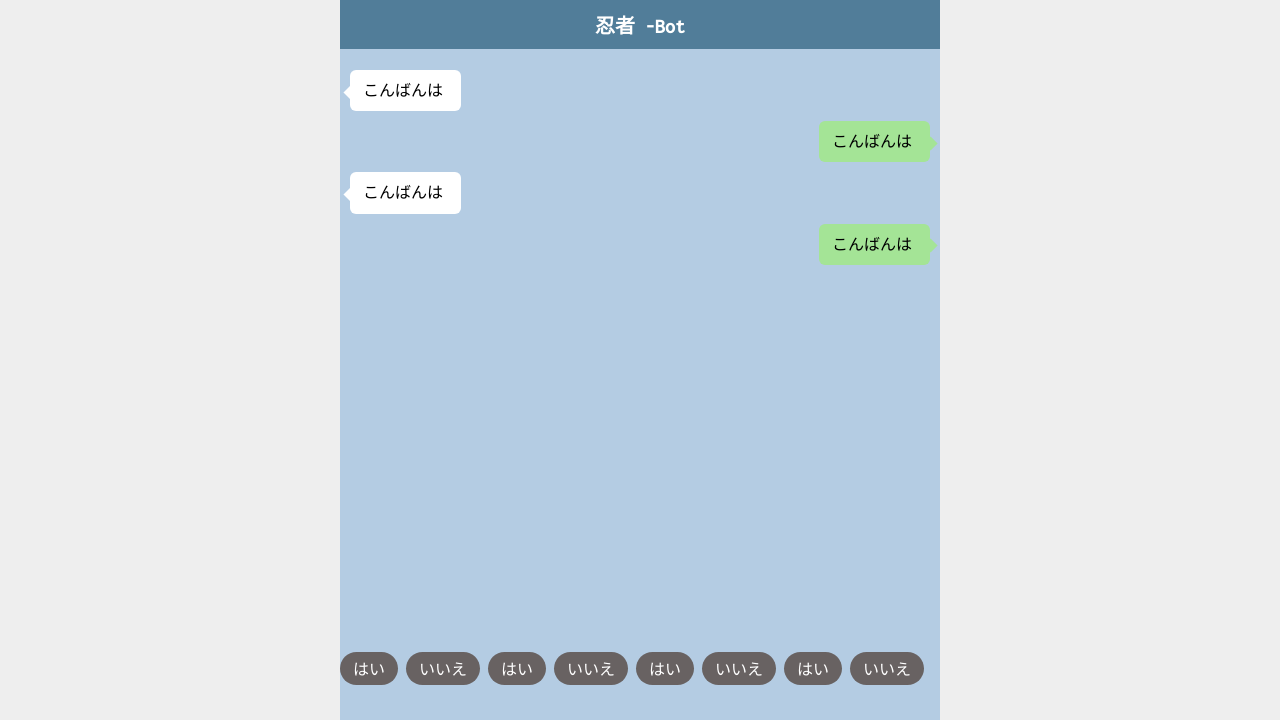
Repository: t0chan/bot
Page: index.html
An editor plug-in stored every save of this project. The page is shown before and after the next save, followed by the edit.
The browser window is 1280 px wide. The pictures show the whole page.

Above is the page before, as saved 2021-11-01 19:32:05.

### index.html
<!DOCTYPE html>
<html lang="ja">
<head>
    <meta charset="UTF-8">
    <meta http-equiv="X-UA-Compatible" content="IE=edge">
    <meta name="viewport" content="width=device-width, initial-scale=1.0">
    <link rel="preconnect" href="https://fonts.googleapis.com">
    <link rel="preconnect" href="https://fonts.gstatic.com" crossorigin>
    <link href="https://fonts.googleapis.com/css2?family=Inconsolata:wght@500&display=swap" rel="stylesheet">
    <link rel="stylesheet" href="style.css">
    <title>忍者bot</title>
</head>
<body>
   <div class="wrapper">
       <h1>忍者 -Bot</h1>

       <!-- 画面 -->
       <div id="chat-field">
           <ul id="chat-ul">
               <li>こんばんは</li>
               <li>こんばんは</li>
               <li>こんばんは</li>
               <li>こんばんは</li>
           </ul>
       </div>
       <!-- 入力場所、送信ボタン -->
       <div id="input-field">
           <ul id="select-list">
            <li>はい</li>
            <li>いいえ</li>
            <li>はい</li>
            <li>いいえ</li>
            <li>はい</li>
            <li>いいえ</li>
            <li>はい</li>
            <li>いいえ</li>

           </ul>
       </div>
   </div>
   <script src="https://code.jquery.com/jquery-3.5.0.js"></script>
   <script src="questions.js"></script>
   <script src="main.js"></script>
</body>
</html>

### style.css
* {
    margin: 0;
    padding: 0;
    list-style: none;
    box-sizing: border-box;
    font-family: -apple-system, BlinkMacSystemFont, "Helvetica Neue", YuGothic, "ヒラギノ角ゴ ProN W3", Hiragino Kaku Gothic ProN, Arial, "メイリオ", Meiryo, sans-serif;
}

body {
    background: #eee;
}

img {
    width: 100%;
    height: auto;
}

.wrapper {
    max-width: 600px;
    margin: 0 auto;
}
h1 {
    position: fixed;
    top: 0;
    left: 50%;
    transform: translateX(-50%);
    max-width: 600px;
    width: 100%;
    z-index: 10;
    padding: 10px 0;
    text-align: center;
    background: #517D99;
    color: #fff;
    font-size: 20px;
    font-family: 'Inconsolata', monospace;
}

#chat-field {
    height: 100vh;
    padding: 70px 0 140px 0;
    background: #b4cce3;
    overflow-x: hidden;
    overflow-y: scroll;
    -webkit-overflow-scrolling: touch;
}

/* スクロールバー消す */
#chat-field::-webkit-scrollbar {
    display: none;
}

#chat-ul {
    display: flex;
    flex-direction: column;
    padding-bottom: 50px;
}

#chat-ul li {
    background-color: #fff;
    position: relative;
    margin: 0 auto 10px 10px;
    word-wrap: break-word;
    display: inline-block;
    border-radius: 6px;
    min-height: 30px;
    max-width: 220px;
    padding: 7px 18px 7px 13px;
    line-height: 1.7em;

}
#chat-ul li::before {
    position: absolute;
    content: "";
    height: 10px;
    width: 10px;
    top: 50%;
    left: -8px;
    transform: rotate(45deg) translateY(-50%);
    background-color: #fff;

}

#chat-ul li:nth-child(even) {
    margin: 0 10px 10px auto;
    background-color: #a4e496;
}

#chat-ul li:nth-child(even)::before {
    background-color: #a4e496;
    left: calc(100% - 8px);
}

#input-field {
    position: fixed;
    width: 100vw;
    overflow: scroll;
    bottom: 35px;
    margin: 0 auto;
}

#select-list {
    display: flex;
    width: max-content;
}

#select-list li {
    background-color: #686262;
    color: #fff;
    padding: 4px 13px 5px 13px;
    border-radius: 20px;
    margin-right: 8px;

}

#select-list li:last-child {
    margin-right: 0;
}

Loaded but not shown: main.js (no copy from this time; the picture is the same without it); questions.js (no copy from this time; the picture is the same without it)

After the next save:
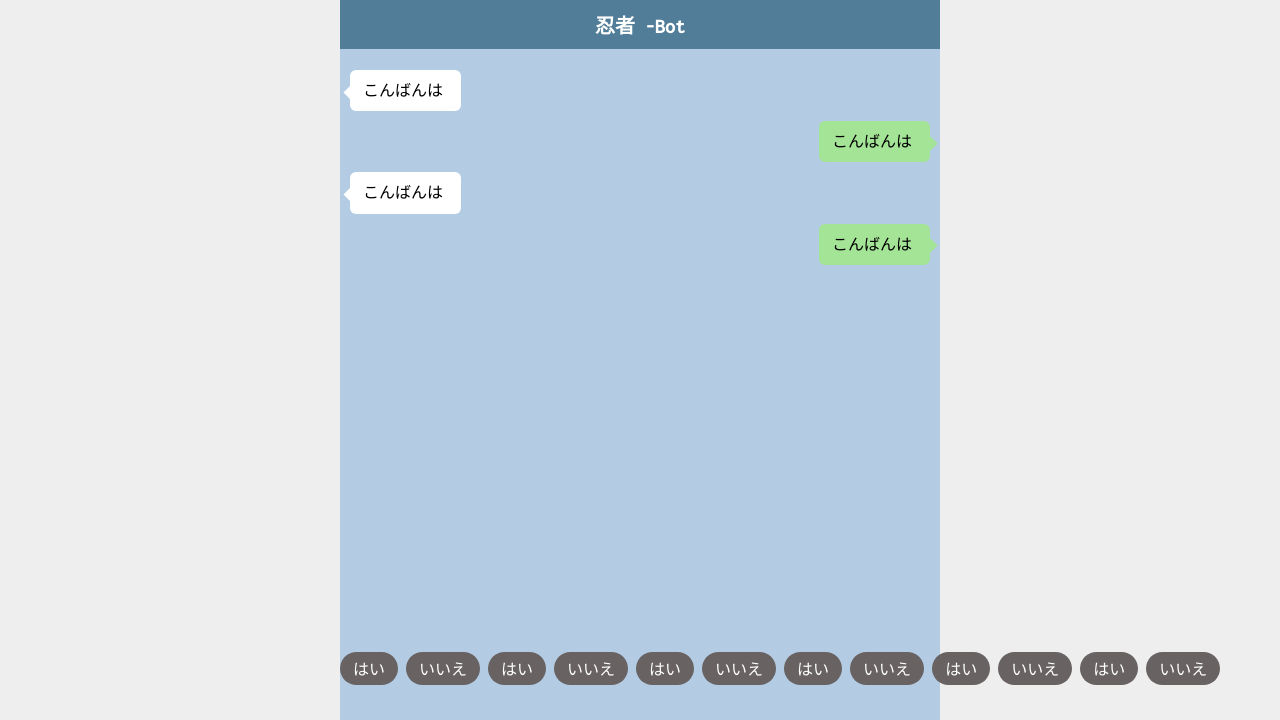
Saved 7 s later.
--- a/index.html
+++ b/index.html
@@ -34,7 +34,10 @@
             <li>いいえ</li>
             <li>はい</li>
             <li>いいえ</li>
-
+            <li>はい</li>
+            <li>いいえ</li>
+            <li>はい</li>
+            <li>いいえ</li>
            </ul>
        </div>
    </div>
